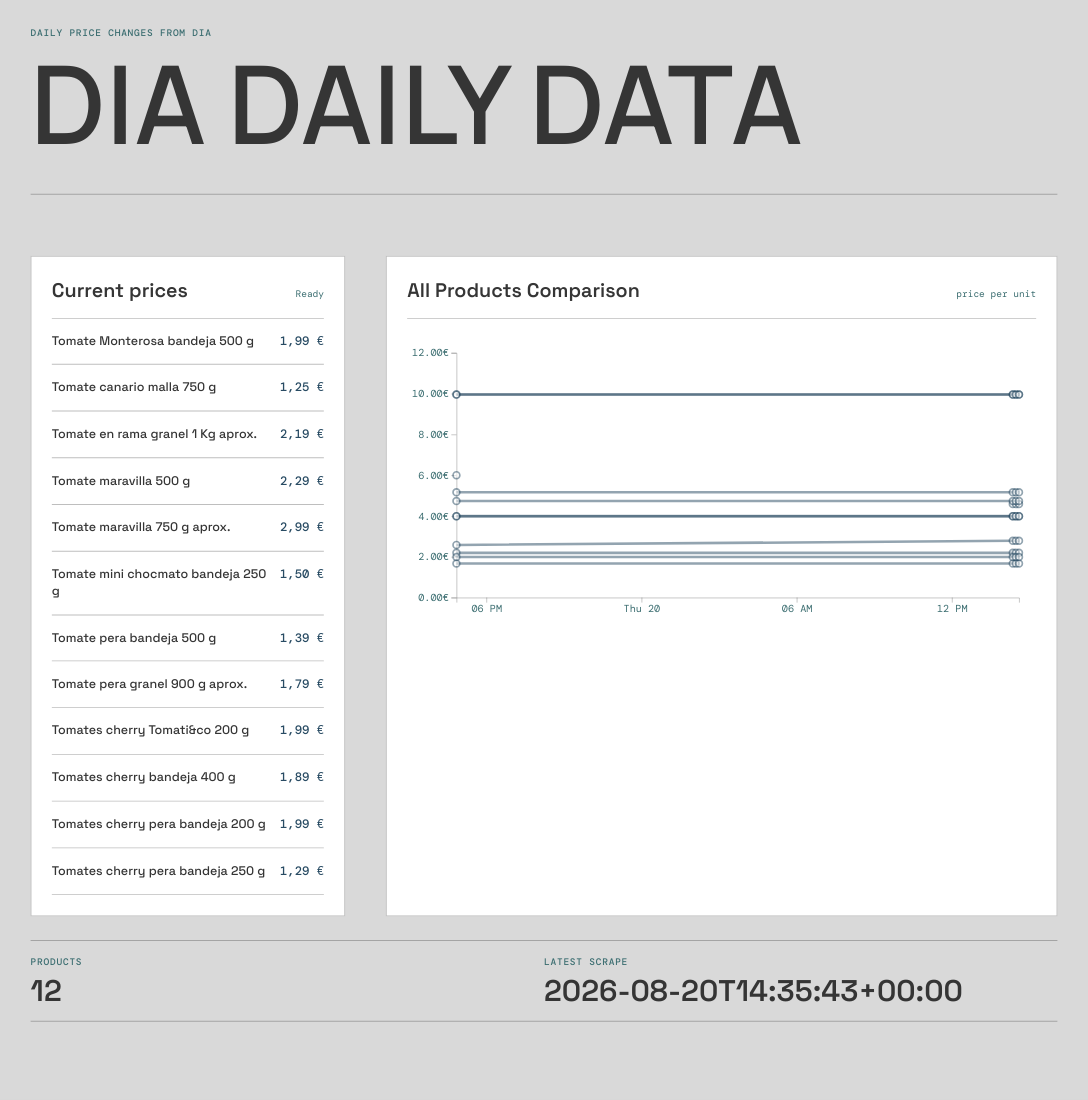
Repository: lloop/dia-daily-data
Page: http://localhost/
An editor plug-in stored every save of this project. The page is shown before and after the next save, followed by the edit.
The browser window is 1280 px wide. The pictures show the whole page, at 85% of full size.
The page is served by the project's application, run on Flask 3 (app.py). Other server files are loaded and not shown. The page reads the database file committed with the project.

Above is the page before, as saved 2026-08-20 17:44:52.

### templates/index.html
<!doctype html>
<html lang="en">
<head>
  <meta charset="utf-8">
  <meta name="viewport" content="width=device-width, initial-scale=1">
  <title>Daily Price Changes From DIA</title>
  <link rel="stylesheet" href="{{ url_for('static', filename='styles.css') }}">
</head>
<body>
  <main class="dashboard">
    <header class="dashboard__header">
      <p class="eyebrow">Daily Price Changes From DIA</p>
      <h1>DIA DAILY DATA</h1>
      <!-- <p class="lede">A live view of products and price snapshots from DIA supermarket.</p> -->
    </header>

    <section class="content-grid">
      <div class="panel">
        <div class="panel__heading">
          <h2>Current prices</h2>
          <span id="status">Loading...</span>
        </div>
        <div id="product-list" class="product-list"></div>
      </div>

      <div class="panel panel--chart">
        <div class="panel__heading">
          <h2 id="chart-title">Price history</h2>
          <span id="chart-unit"></span>
        </div>
        <svg id="price-chart" role="img" aria-label="Selected product price history"></svg>
        <p id="empty-chart" class="empty-state">Select a product to inspect its price history.</p>
      </div>
    </section>

    <section class="summary" aria-label="Database summary">
      <div><span class="summary__label">Products</span><strong id="product-count">-</strong></div>
      <div><span class="summary__label">Latest scrape</span><strong id="latest-scrape">-</strong></div>
    </section>

  </main>

  <script src="https://cdn.jsdelivr.net/npm/d3@7"></script>
  <script src="{{ url_for('static', filename='app.js') }}"></script>
</body>
</html>

### app.py
"""Flask server for exploring scraped DIA product and price data."""

import json
import sqlite3
from pathlib import Path

from flask import Flask, jsonify, render_template

from config import DATABASE_FILE


def create_app(database_path=None):
    """Create the Flask application, optionally using a test database."""
    app = Flask(__name__)
    app.config['DATABASE_FILE'] = Path(database_path or DATABASE_FILE)

    def query_database(query, parameters=()):
        database_file = app.config['DATABASE_FILE']
        if not database_file.exists():
            return []

        with sqlite3.connect(database_file) as connection:
            connection.row_factory = sqlite3.Row
            return [dict(row) for row in connection.execute(query, parameters)]

    @app.get('/')
    def index():
        return render_template('index.html')

    @app.get('/api/products')
    def products():
        rows = query_database(
            """
            SELECT
                products.id,
                products.name,
                products.item_type,
                products.metadata_json,
                latest.price,
                latest.currency,
                latest.raw_price_per_unit,
                latest.unit_price_eur,
                latest.availability,
                latest.scraped_at
            FROM products
            LEFT JOIN price_logs AS latest
                ON latest.id = (
                    SELECT price_logs.id
                    FROM price_logs
                    WHERE price_logs.product_id = products.id
                    ORDER BY price_logs.scraped_at DESC, price_logs.id DESC
                    LIMIT 1
                )
            ORDER BY products.name
            """
        )

        for row in rows:
            row['metadata'] = json.loads(row.pop('metadata_json') or '{}')

        return jsonify(rows)

    @app.get('/api/products/<int:product_id>/price-history')
    def price_history(product_id):
        rows = query_database(
            """
            SELECT price, currency, raw_price_per_unit, unit_price_eur,
                   availability, scraped_at
            FROM price_logs
            WHERE product_id = ?
            ORDER BY scraped_at, id
            """,
            (product_id,),
        )
        return jsonify(rows)

    return app


app = create_app()


if __name__ == '__main__':
    app.run(debug=True)

### static/styles.css
@import url('https://fonts.googleapis.com/css2?family=DM+Mono:wght@400;500&family=Manrope:wght@400;500;600;700&family=Space+Grotesk:wght@400;500;600;700&display=swap');

:root {
  color-scheme: light;
  --font-display: 'Space Grotesk', 'Helvetica Neue', Arial, sans-serif;
  --font-heading: 'Manrope', 'Helvetica Neue', Arial, sans-serif;
  --font-mono: 'DM Mono', 'Courier New', monospace;
  --graphite: #353535;
  --stormy-teal: #3c6e71;
  --white: #ffffff;
  --alabaster-grey: #d9d9d9;
  --yale-blue: #284b63;
  --ink: var(--graphite);
  --muted: var(--stormy-teal);
  --paper: var(--alabaster-grey);
  --panel: var(--white);
  --line: rgba(53, 53, 53, 0.32);
  --accent: var(--yale-blue);
  --accent-soft: rgba(60, 110, 113, 0.12);
}

* { box-sizing: border-box; }
body { margin: 0; background: var(--paper); color: var(--ink); font-family: var(--font-display); }
.dashboard { max-width: 1440px; margin: 0 auto; padding: 32px 36px 64px; }
.dashboard__header { max-width: none; margin-bottom: 72px; padding-bottom: 24px; border-bottom: 1px solid var(--line); }
.eyebrow, .summary__label, #status, #chart-unit { font: 500 0.7rem/1.2 var(--font-mono); letter-spacing: 0.08em; text-transform: uppercase; }
.eyebrow { color: var(--stormy-teal); margin: 0 0 20px; }
h1 { max-width: none; white-space: nowrap; font-family: var(--font-heading); font-size: clamp(2.6rem, 10vw, 9rem); line-height: 0.86; margin: 0 0 28px; font-weight: 600; letter-spacing: 0; }
.lede { max-width: 410px; color: var(--muted); font: 500 1rem/1.5 var(--font-display); margin: 0 0 0 auto; }
.summary { display: flex; gap: 0; margin-bottom: 28px; border-top: 1px solid var(--line); border-bottom: 1px solid var(--line); }
.summary > div { flex: 1; background: transparent; border: 0; border-radius: 0; padding: 18px 20px 18px 0; box-shadow: none; }
.summary__label { display: block; color: var(--muted); margin-bottom: 10px; }
.summary strong { font-size: 2.2rem; line-height: 1; font-weight: 600; }
.content-grid { display: grid; grid-template-columns: minmax(280px, 0.75fr) minmax(420px, 1.6fr); gap: 48px; margin-bottom: 28px; }
.panel { background: var(--panel); border: 1px solid var(--line); border-radius: 0; padding: 24px; min-height: 420px; box-shadow: none; }
.panel__heading { display: flex; align-items: baseline; justify-content: space-between; gap: 16px; border-bottom: 1px solid var(--line); padding-bottom: 18px; }
h2 { font-size: 1.45rem; font-weight: 600; letter-spacing: 0; margin: 0; }
#status, #chart-unit { color: var(--muted); letter-spacing: 0; text-transform: none; font-weight: 400; }
.product-list { display: grid; }
.product-button { display: flex; justify-content: space-between; gap: 16px; width: 100%; text-align: left; border: 0; border-bottom: 1px solid var(--line); background: transparent; color: inherit; padding: 17px 0; cursor: pointer; transition: background 160ms ease, padding 160ms ease; }
.product-button:hover, .product-button.is-selected { background: var(--accent-soft); padding-left: 12px; padding-right: 12px; }
.product-name { font: 500 0.92rem/1.35 var(--font-display); }
.product-price { white-space: nowrap; font: 500 0.9rem/1.35 var(--font-mono); color: var(--accent); }
#price-chart { width: 100%; height: 350px; margin-top: 20px; overflow: visible; }
.axis text { fill: var(--muted); font: 12px var(--font-mono); }
.axis path, .axis line { stroke: var(--line); }
.chart-line { fill: none; stroke: var(--accent); stroke-width: 3; }
.chart-dot { fill: var(--panel); stroke: var(--accent); stroke-width: 2; }
.empty-state { color: var(--muted); font: 400 0.95rem/1.5 var(--font-display); }
@media (max-width: 800px) { .dashboard { padding: 24px 16px 48px; } .dashboard__header { margin-bottom: 44px; } h1 { font-size: clamp(2rem, 13vw, 6rem); } .lede { margin-left: 0; } .content-grid { grid-template-columns: 1fr; gap: 20px; } .summary { flex-direction: column; } .summary > div { padding-right: 0; } .panel--chart { min-height: 360px; } }

### static/app.js
const state = { products: [], histories: {}, selectedId: null };

const productList = document.querySelector('#product-list');
const status = document.querySelector('#status');
const productCount = document.querySelector('#product-count');
const latestScrape = document.querySelector('#latest-scrape');
const chartTitle = document.querySelector('#chart-title');
const chartUnit = document.querySelector('#chart-unit');
const chart = d3.select('#price-chart');
const emptyChart = document.querySelector('#empty-chart');

// Muted colors keep overlapping product histories distinct without becoming loud.
const colorScale = d3.scaleOrdinal([
  '#284b63',
  '#3c6e71',
  '#9b5c4a',
  '#b18432',
  '#a86b45',
  '#7c4f5a',
  '#6e7f86',
]);

function formatPrice(value, currency = 'EUR') {
  if (value === null || value === undefined) return 'No price';
  return new Intl.NumberFormat('es-ES', { style: 'currency', currency }).format(value);
}

function renderProducts() {
  productList.replaceChildren();
  state.products.forEach(product => {
    const button = document.createElement('button');
    button.className = 'product-button';
    button.dataset.productId = product.id;
    button.innerHTML = `<span class="product-name">${product.name}</span><span class="product-price">${formatPrice(product.price, product.currency)}</span>`;

    // Hover over sidebar button to highlight corresponding line on the chart
    button.addEventListener('mouseenter', () => highlightProduct(product.id));
    button.addEventListener('mouseleave', () => resetHighlight());

    // Click button to isolate/select product title
    button.addEventListener('click', () => selectProduct(product.id));
    productList.append(button);
  });
}

function drawChart() {
  const width = chart.node().clientWidth || 600;
  const height = 350;
  const margin = { top: 20, right: 20, bottom: 42, left: 58 };

  chart.attr('viewBox', `0 0 ${width} ${height}`).selectAll('*').remove();

  // Combine all product histories into arrays for plotting
  const allSeries = state.products.map(product => {
    const rawHistory = state.histories[product.id] || [];
    return {
      product,
      values: rawHistory.map(item => ({ ...item, date: new Date(item.scraped_at) }))
    };
  }).filter(series => series.values.length > 0);

  const hasData = allSeries.length > 0;
  emptyChart.hidden = hasData;
  chartUnit.textContent = hasData ? 'price per unit' : '';
  if (!hasData) return;

  // Flatten values across all products to calculate global X and Y domains
  const allPoints = allSeries.flatMap(s => s.values);
  const x = d3.scaleTime()
    .domain(d3.extent(allPoints, d => d.date))
    .range([margin.left, width - margin.right]);

  const y = d3.scaleLinear()
    .domain([0, d3.max(allPoints, d => d.unit_price_eur) * 1.15 || 1])
    .nice()
    .range([height - margin.bottom, margin.top]);

  const line = d3.line()
    .x(d => x(d.date))
    .y(d => y(d.unit_price_eur));

  // Axes
  chart.append('g')
    .attr('class', 'axis')
    .attr('transform', `translate(0,${height - margin.bottom})`)
    .call(d3.axisBottom(x).ticks(5));

  chart.append('g')
    .attr('class', 'axis')
    .attr('transform', `translate(${margin.left},0)`)
    .call(d3.axisLeft(y).ticks(5).tickFormat(value => `${value.toFixed(2)}€`));

  // Render Overlaid Lines (50% Opacity)
  allSeries.forEach(series => {
    const lineColor = colorScale(series.product.id);

    chart.append('path')
      .datum(series.values)
      .attr('class', `chart-line line-product-${series.product.id}`)
      .attr('d', line)
      .attr('fill', 'none')
      .attr('stroke', lineColor)
      .attr('stroke-width', 2)
      .attr('opacity', 0.5);

    // Data points for hover feedback
    chart.selectAll(`.chart-dot-${series.product.id}`)
      .data(series.values)
      .join('circle')
      .attr('class', `chart-dot chart-dot-${series.product.id}`)
      .attr('r', 4)
      .attr('cx', item => x(item.date))
      .attr('cy', item => y(item.unit_price_eur))
      .attr('fill', lineColor)
      .attr('opacity', 0.5)
      .on('mouseenter', () => highlightProduct(series.product.id))
      .on('mouseleave', () => resetHighlight())
      .append('title')
      .text(item => `${series.product.name}\n${formatPrice(item.unit_price_eur)} - ${item.scraped_at}`);
  });
}

function highlightProduct(productId) {
  // Dim all lines to 15% opacity, highlight selected line at 100% opacity
  chart.selectAll('.chart-line')
    .attr('opacity', 0.15)
    .attr('stroke-width', 2);

  chart.selectAll('.chart-dot')
    .attr('opacity', 0.15);

  chart.selectAll(`.line-product-${productId}`)
    .attr('opacity', 1)
    .attr('stroke-width', 4);

  chart.selectAll(`.chart-dot-${productId}`)
    .attr('opacity', 1);
}

function resetHighlight() {
  // Restore all lines to 50% opacity
  chart.selectAll('.chart-line')
    .attr('opacity', 0.5)
    .attr('stroke-width', 2);

  chart.selectAll('.chart-dot')
    .attr('opacity', 0.5);
}

function selectProduct(productId) {
  state.selectedId = productId;
  document.querySelectorAll('.product-button').forEach(button => {
    button.classList.toggle('is-selected', Number(button.dataset.productId) === productId);
  });
  const product = state.products.find(item => item.id === productId);
  if (product) {
    chartTitle.textContent = product.name;
  }
}

async function loadProducts() {
  const response = await fetch('/api/products');
  state.products = await response.json();
  productCount.textContent = state.products.length;
  latestScrape.textContent = state.products.reduce((latest, item) => item.scraped_at > latest ? item.scraped_at : latest, '-') || '-';
  status.textContent = state.products.length ? 'Loading history...' : 'No database records';

  renderProducts();

  // Fetch price history for all products in parallel
  const historyPromises = state.products.map(product =>
    fetch(`/api/products/${product.id}/price-history`)
      .then(res => res.json())
      .then(data => { state.histories[product.id] = data; })
  );

  await Promise.all(historyPromises);

  status.textContent = state.products.length ? 'Ready' : 'No database records';
  chartTitle.textContent = 'All Products Comparison';
  drawChart();
}

loadProducts().catch(error => {
  status.textContent = 'Unable to load data';
  console.error(error);
});

### output/dia_products.sqlite3 (the tables this page reads, as SQL)
CREATE TABLE price_logs (
    id INTEGER PRIMARY KEY,
    product_id INTEGER NOT NULL,
    price REAL,
    currency TEXT,
    raw_price_per_unit TEXT,
    unit_price_eur REAL,
    availability TEXT,
    scraped_at DATETIME NOT NULL,
    FOREIGN KEY (product_id) REFERENCES products(id)
);
INSERT INTO "price_logs" VALUES
(1, 1, 1.29, 'EUR', '(2,58 €/KILO)', 2.58, 'https://schema.org/InStock', '2026-08-19T16:50:45+00:00'),
(2, 2, 2.19, 'EUR', '(2,19 €/KILO)', 2.19, 'https://schema.org/InStock', '2026-08-19T16:50:45+00:00'),
(3, 3, 1.99, 'EUR', '(9,95 €/KILO)', 9.95, 'https://schema.org/InStock', '2026-08-19T16:50:45+00:00'),
(4, 4, 1.29, 'EUR', '(5,16 €/KILO)', 5.16, 'https://schema.org/InStock', '2026-08-19T16:50:45+00:00'),
(5, 5, 1.79, 'EUR', '(1,99 €/KILO)', 1.99, 'https://schema.org/InStock', '2026-08-19T16:50:45+00:00'),
(6, 6, 1.89, 'EUR', '(4,73 €/KILO)', 4.73, 'https://schema.org/InStock', '2026-08-19T16:50:45+00:00'),
(7, 7, 1.99, 'EUR', '(3,98 €/KILO)', 3.98, 'https://schema.org/InStock', '2026-08-19T16:50:45+00:00'),
(8, 8, 1.25, 'EUR', '(1,67 €/KILO)', 1.67, 'https://schema.org/InStock', '2026-08-19T16:50:45+00:00'),
(9, 9, 2.99, 'EUR', '(3,99 €/KILO)', 3.99, 'https://schema.org/OutOfStock', '2026-08-19T16:50:45+00:00'),
(10, 10, 1.5, 'EUR', '(6,00 €/KILO)', 6.0, 'https://schema.org/InStock', '2026-08-19T16:50:45+00:00'),
(11, 11, 1.99, 'EUR', '(9,95 €/KILO)', 9.95, 'https://schema.org/InStock', '2026-08-19T16:50:45+00:00'),
(12, 1, 1.39, 'EUR', '(2,78 €/KILO)', 2.78, 'https://schema.org/InStock', '2026-08-20T14:21:22+00:00'),
(13, 2, 2.19, 'EUR', '(2,19 €/KILO)', 2.19, 'https://schema.org/InStock', '2026-08-20T14:21:22+00:00'),
(14, 3, 1.99, 'EUR', '(9,95 €/KILO)', 9.95, 'https://schema.org/InStock', '2026-08-20T14:21:22+00:00'),
(15, 4, 1.29, 'EUR', '(5,16 €/KILO)', 5.16, 'https://schema.org/InStock', '2026-08-20T14:21:22+00:00'),
(16, 5, 1.79, 'EUR', '(1,99 €/KILO)', 1.99, 'https://schema.org/InStock', '2026-08-20T14:21:22+00:00'),
(17, 6, 1.89, 'EUR', '(4,73 €/KILO)', 4.73, 'https://schema.org/InStock', '2026-08-20T14:21:22+00:00'),
(18, 7, 1.99, 'EUR', '(3,98 €/KILO)', 3.98, 'https://schema.org/InStock', '2026-08-20T14:21:22+00:00'),
(19, 8, 1.25, 'EUR', '(1,67 €/KILO)', 1.67, 'https://schema.org/InStock', '2026-08-20T14:21:22+00:00'),
(20, 9, 2.99, 'EUR', '(3,99 €/KILO)', 3.99, 'https://schema.org/OutOfStock', '2026-08-20T14:21:22+00:00'),
(21, 11, 1.99, 'EUR', '(9,95 €/KILO)', 9.95, 'https://schema.org/InStock', '2026-08-20T14:21:22+00:00'),
(22, 12, 2.29, 'EUR', '(4,58 €/KILO)', 4.58, 'https://schema.org/InStock', '2026-08-20T14:21:22+00:00'),
(23, 1, 1.39, 'EUR', '(2,78 €/KILO)', 2.78, 'https://schema.org/InStock', '2026-08-20T14:28:25+00:00'),
(24, 2, 2.19, 'EUR', '(2,19 €/KILO)', 2.19, 'https://schema.org/InStock', '2026-08-20T14:28:25+00:00'),
(25, 3, 1.99, 'EUR', '(9,95 €/KILO)', 9.95, 'https://schema.org/InStock', '2026-08-20T14:28:25+00:00'),
(26, 4, 1.29, 'EUR', '(5,16 €/KILO)', 5.16, 'https://schema.org/InStock', '2026-08-20T14:28:25+00:00'),
(27, 5, 1.79, 'EUR', '(1,99 €/KILO)', 1.99, 'https://schema.org/InStock', '2026-08-20T14:28:25+00:00'),
(28, 6, 1.89, 'EUR', '(4,73 €/KILO)', 4.73, 'https://schema.org/InStock', '2026-08-20T14:28:25+00:00'),
(29, 7, 1.99, 'EUR', '(3,98 €/KILO)', 3.98, 'https://schema.org/InStock', '2026-08-20T14:28:25+00:00'),
(30, 8, 1.25, 'EUR', '(1,67 €/KILO)', 1.67, 'https://schema.org/InStock', '2026-08-20T14:28:25+00:00'),
(31, 9, 2.99, 'EUR', '(3,99 €/KILO)', 3.99, 'https://schema.org/OutOfStock', '2026-08-20T14:28:25+00:00'),
(32, 11, 1.99, 'EUR', '(9,95 €/KILO)', 9.95, 'https://schema.org/InStock', '2026-08-20T14:28:25+00:00'),
(33, 12, 2.29, 'EUR', '(4,58 €/KILO)', 4.58, 'https://schema.org/InStock', '2026-08-20T14:28:25+00:00'),
(34, 1, 1.39, 'EUR', '(2,78 €/KILO)', 2.78, 'https://schema.org/InStock', '2026-08-20T14:35:43+00:00'),
(35, 2, 2.19, 'EUR', '(2,19 €/KILO)', 2.19, 'https://schema.org/InStock', '2026-08-20T14:35:43+00:00'),
(36, 3, 1.99, 'EUR', '(9,95 €/KILO)', 9.95, 'https://schema.org/InStock', '2026-08-20T14:35:43+00:00'),
(37, 4, 1.29, 'EUR', '(5,16 €/KILO)', 5.16, 'https://schema.org/InStock', '2026-08-20T14:35:43+00:00'),
(38, 5, 1.79, 'EUR', '(1,99 €/KILO)', 1.99, 'https://schema.org/InStock', '2026-08-20T14:35:43+00:00'),
(39, 6, 1.89, 'EUR', '(4,73 €/KILO)', 4.73, 'https://schema.org/InStock', '2026-08-20T14:35:43+00:00'),
(40, 7, 1.99, 'EUR', '(3,98 €/KILO)', 3.98, 'https://schema.org/InStock', '2026-08-20T14:35:43+00:00'),
(41, 8, 1.25, 'EUR', '(1,67 €/KILO)', 1.67, 'https://schema.org/InStock', '2026-08-20T14:35:43+00:00'),
(42, 9, 2.99, 'EUR', '(3,99 €/KILO)', 3.99, 'https://schema.org/OutOfStock', '2026-08-20T14:35:43+00:00'),
(43, 11, 1.99, 'EUR', '(9,95 €/KILO)', 9.95, 'https://schema.org/InStock', '2026-08-20T14:35:43+00:00'),
(44, 12, 2.29, 'EUR', '(4,58 €/KILO)', 4.58, 'https://schema.org/InStock', '2026-08-20T14:35:43+00:00');

CREATE TABLE products (
    id INTEGER PRIMARY KEY,
    name TEXT UNIQUE NOT NULL,
    item_type TEXT,
    metadata_json TEXT NOT NULL
);
INSERT INTO "products" VALUES
(1, 'Tomate pera bandeja 500 g', 'Product', '{"type": "Product", "info_labels": ["Calibre: + 57MM-75MM", "Categoria: I", "Variedad: PERA", "Origen: PORTUGAL", "Tipo de producto: Tomates"]}'),
(2, 'Tomate en rama granel 1 Kg aprox.', 'Product', '{"type": "Product", "info_labels": ["Calibre: 57 + MM", "Categoria: I", "Variedad: RAMA", "Origen: VER ENVASE", "Tipo de producto: Tomates"]}'),
(3, 'Tomates cherry Tomati&co 200 g', 'Product', '{"type": "Product", "info_labels": ["Calibre: 18-35MM", "Categoria: I", "Variedad: VITALION", "Origen: ESPAÑA", "Tipo de producto: Tomates"]}'),
(4, 'Tomates cherry pera bandeja 250 g', 'Product', '{"type": "Product", "info_labels": ["Calibre: 17-35 MM", "Categoria: I", "Variedad: CHERRY PERA, ANGELLE", "Origen: ESPAÑA", "Tipo de producto: Tomates"]}'),
(5, 'Tomate pera granel 900 g aprox.', 'Product', '{"type": "Product", "info_labels": ["Calibre: 47-66MM", "Categoria: I", "Variedad: PERA", "Origen: PORTUGAL", "Tipo de producto: Tomates"]}'),
(6, 'Tomates cherry bandeja 400 g', 'Product', '{"type": "Product", "info_labels": ["Calibre: 18 MM - 32 MM", "Categoria: I", "Variedad: CHERRY REDONDO, KARELYA", "Origen: ESPAÑA", "Tipo de producto: Tomates"]}'),
(7, 'Tomate Monterosa bandeja 500 g', 'Product', '{"type": "Product", "info_labels": ["Calibre: +67MM-", "Categoria: I", "Variedad: MONTEROSA", "Origen: VER ENVASE", "Tipo de producto: Tomates"]}'),
(8, 'Tomate canario malla 750 g', 'Product', '{"type": "Product", "info_labels": ["Calibre: 47MM-66MM", "Categoria: I", "Variedad: -", "Origen: PORTUGAL", "Tipo de producto: Tomates"]}'),
(9, 'Tomate maravilla 750 g aprox.', 'Product', '{"type": "Product", "info_labels": ["Calibre: + 67MM", "Categoria: I", "Variedad: MARAVILLA", "Origen: ESPAÑA", "Tipo de producto: Tomates"]}'),
(10, 'Tomate mini chocmato bandeja 250 g', 'Product', '{"type": "Product", "info_labels": ["Calibre: 17-35MM", "Categoria: I", "Variedad: MINI CHOCMATO", "Origen: ESPAÑA", "Tipo de producto: Tomates"]}'),
(11, 'Tomates cherry pera bandeja 200 g', 'Product', '{"type": "Product", "info_labels": ["Calibre: 20-35 MM", "Categoria: I", "Variedad: CHERRY PERA LOBELLO", "Origen: ESPAÑA", "Tipo de producto: Tomates"]}'),
(12, 'Tomate maravilla 500 g', 'Product', '{"type": "Product", "info_labels": ["Calibre: 57 MM", "Categoria: I", "Variedad: MARAVILLA", "Origen: ESPAÑA", "Tipo de producto: Tomates"]}');

After the next save:
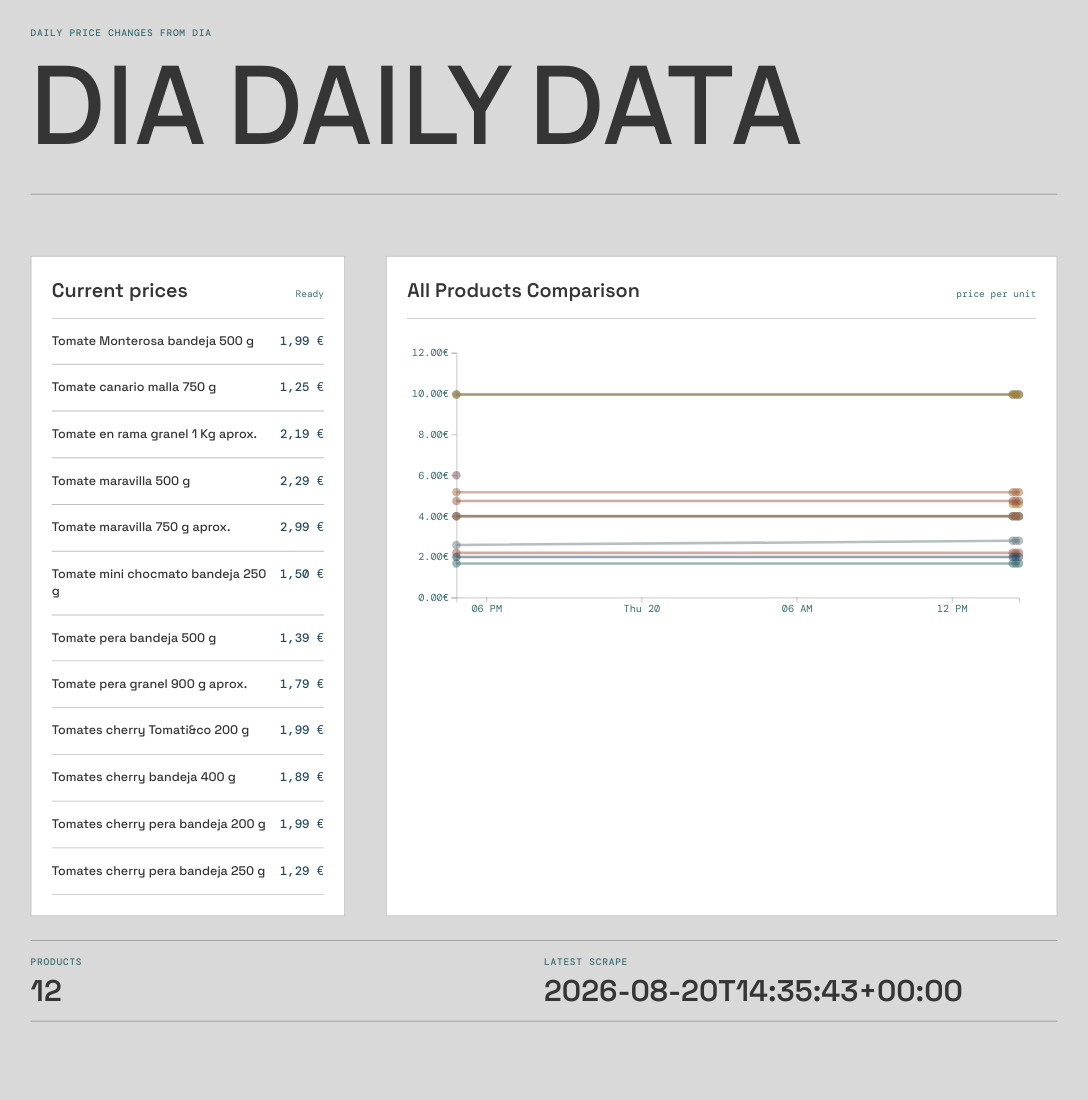
Saved 83 s later.
--- a/static/app.js
+++ b/static/app.js
@@ -99,7 +99,7 @@
       .attr('class', `chart-line line-product-${series.product.id}`)
       .attr('d', line)
       .attr('fill', 'none')
-      .attr('stroke', lineColor)
+      .style('stroke', lineColor)
       .attr('stroke-width', 2)
       .attr('opacity', 0.5);
 
@@ -111,7 +111,8 @@
       .attr('r', 4)
       .attr('cx', item => x(item.date))
       .attr('cy', item => y(item.unit_price_eur))
-      .attr('fill', lineColor)
+      .style('fill', lineColor)
+      .style('stroke', lineColor)
       .attr('opacity', 0.5)
       .on('mouseenter', () => highlightProduct(series.product.id))
       .on('mouseleave', () => resetHighlight())
